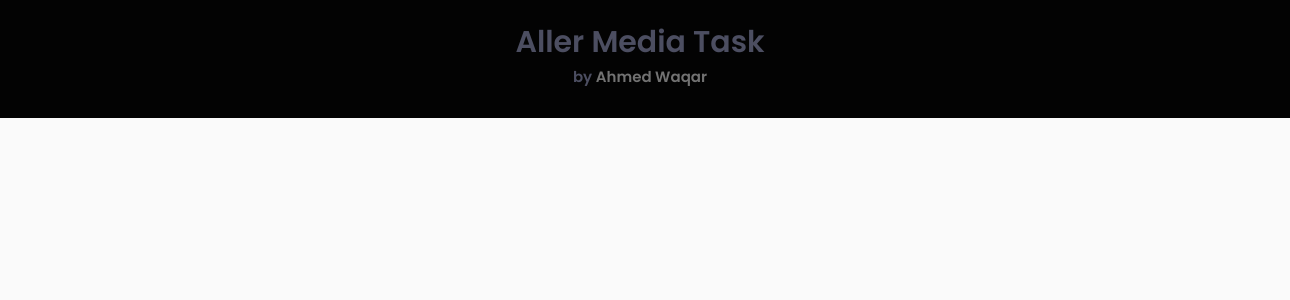
Repository: waqarmalyk/Back-to-front
Page: /
These files come from the project's save history. The page is drawn as it stood at one moment and after the next save; the edit follows.
The browser window is 1280 px wide. The page is 1290 px wide, so the pictures cover 1290 px, including what lies to the right of the window. The pictures show the whole page.
The page's requests for data from a server got no answer. The project was rebuilt for these pictures with package versions that can differ from the ones it lists, and the page was loaded fresh each time. No one was signed in, and anything a server would have sent is missing.

Above is the page before, as saved 2022-02-06 11:29:20.

After the next save:
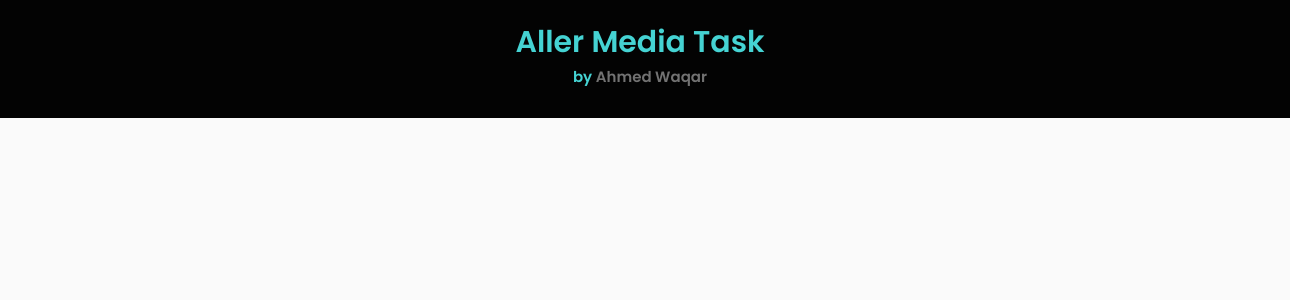
Saved 21 s later.
--- a/src/App.css
+++ b/src/App.css
@@ -26,7 +26,7 @@
 font-weight: var(--weight3);
 padding: 30px;
 background-color:var(--black);
-color: var(--varyDarkBlue);
+color: var(--cyan);
 margin: -10px -10px
 }
 span{
